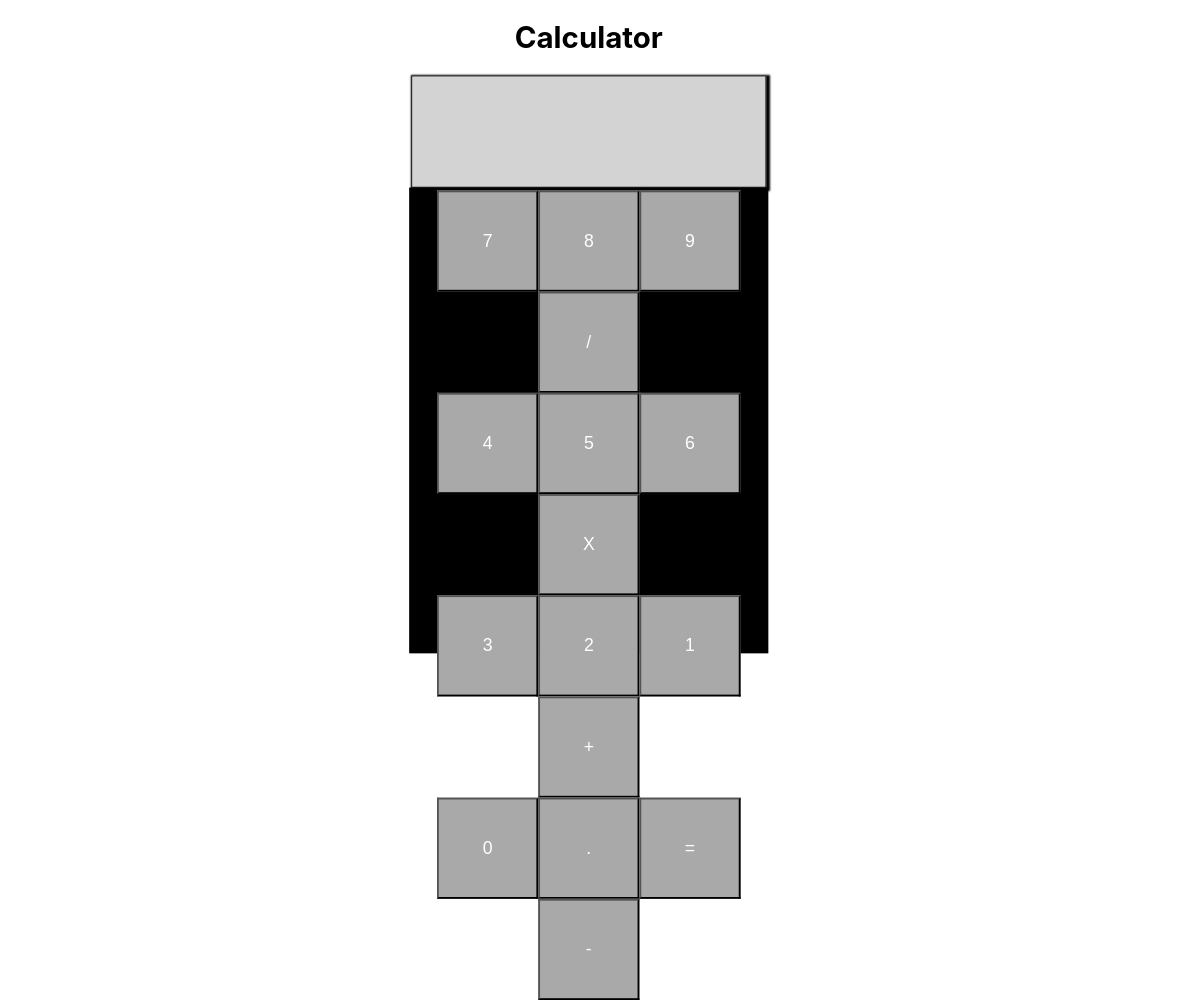
Repository: punitbathija/Placement-Assitance-iNeuron
Page: / (app in React/calculator/)
These files come from the project's save history. The page is drawn as it stood at one moment and after the next save; the edit follows.
The browser window is 1280 px wide. The pictures show the whole page, at 92% of full size.
The project was rebuilt for these pictures with package versions that can differ from the ones it lists, and the page was loaded fresh each time.

Above is the page before, as saved 2023-06-05 16:12:06.

After the next save:
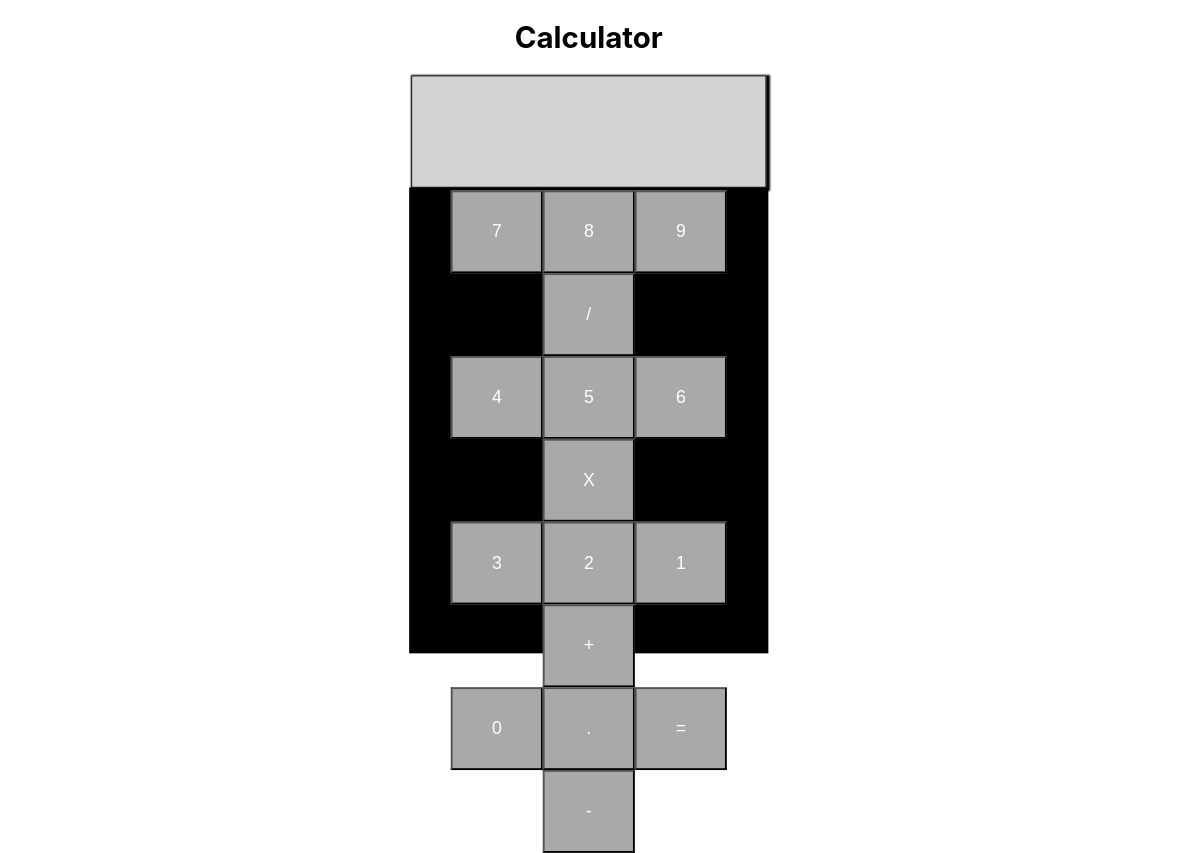
Saved 20 s later.
--- a/React/calculator/src/index.css
+++ b/React/calculator/src/index.css
@@ -32,8 +32,8 @@
 }
 
 .btn{
-  height: 110px;
-  width: 110px;
+  height: 90px;
+  width: 100px;
   background-color: darkgray;
   color: white;
   font-size: larger

After the 2 saves that followed:
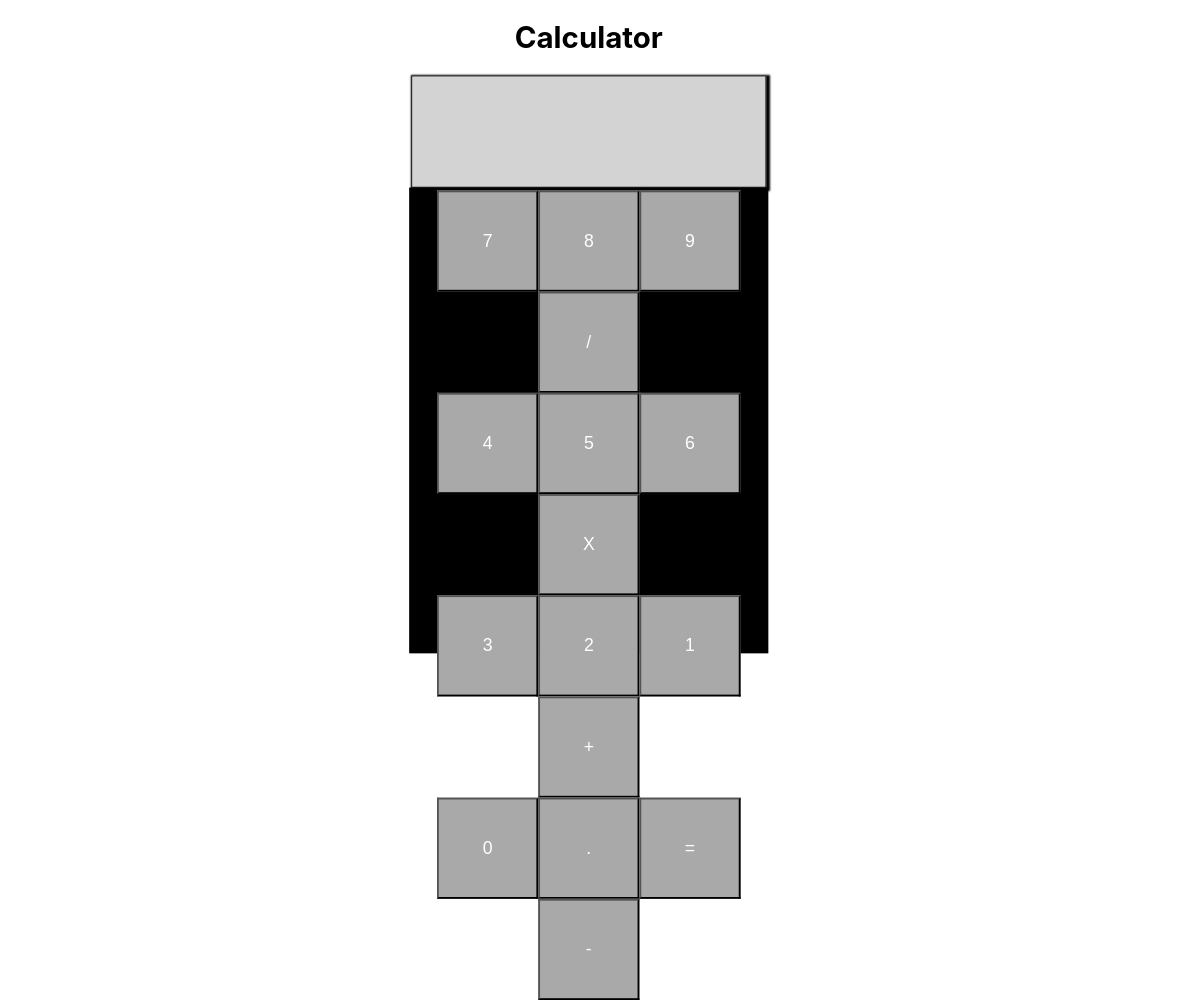
The 2 saves are shown as one change because they came seconds apart.
The last was saved 9 s later.
--- a/React/calculator/src/index.css
+++ b/React/calculator/src/index.css
@@ -32,8 +32,8 @@
 }
 
 .btn{
-  height: 90px;
-  width: 100px;
+  height: 110px;
+  width: 110px;
   background-color: darkgray;
   color: white;
   font-size: larger
